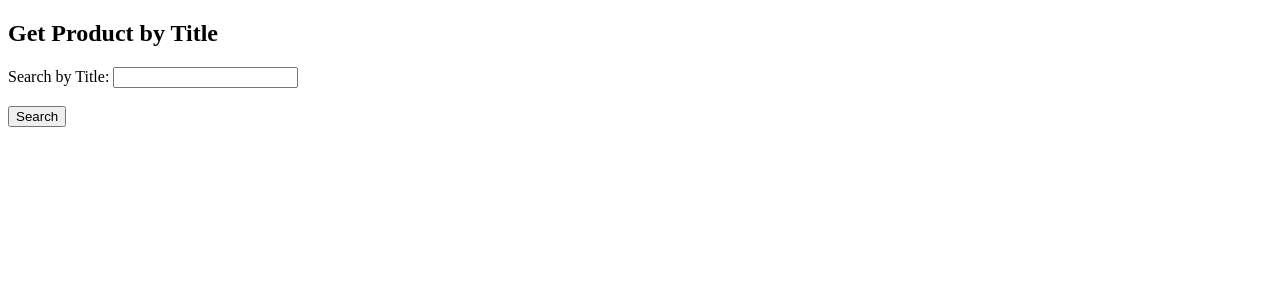
Repository: JackD027/Testing
Page: Projects/Phase-1-JDBC/JDBCProject/WebContent/index.html
These files come from the project's save history. The page is drawn as it stood at one moment and after the next save; the edit follows.
The browser window is 1280 px wide. The pictures show the whole page.

Above is the page before, as saved 2023-09-25 17:46:59.

### Projects/Phase-1-JDBC/JDBCProject/WebContent/index.html
<!DOCTYPE html>
<html>
<head>
    <meta charset="UTF-8">
    <title>Product Management</title>
</head>
<body>
    <h2>Get Product by Title</h2>
    <form action="getProduct" method="GET">
        <label for="searchTitle">Search by Title:</label>
        <input type="text" id="searchTitle" name="searchTitle" required><br><br>
        <input type="submit" value="Search">
    </form>
</body>
</html>

After the next save:
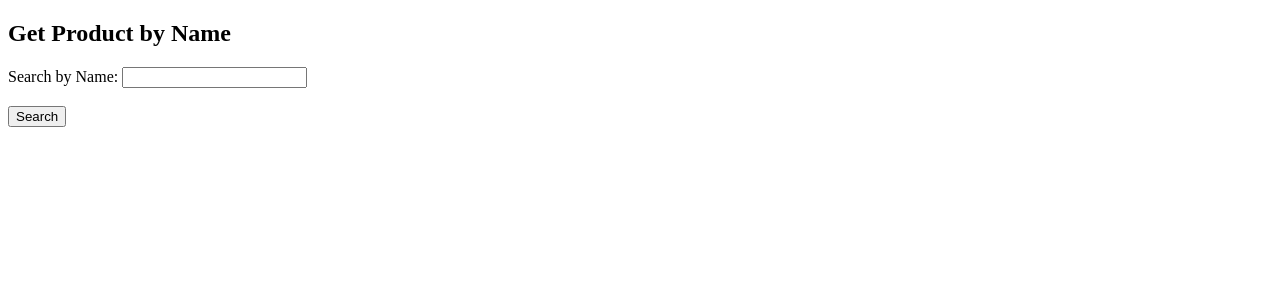
Saved 2 min 37 s later.
--- a/Projects/Phase-1-JDBC/JDBCProject/WebContent/index.html
+++ b/Projects/Phase-1-JDBC/JDBCProject/WebContent/index.html
@@ -5,10 +5,10 @@
     <title>Product Management</title>
 </head>
 <body>
-    <h2>Get Product by Title</h2>
+    <h2>Get Product by Name</h2>
     <form action="getProduct" method="GET">
-        <label for="searchTitle">Search by Title:</label>
-        <input type="text" id="searchTitle" name="searchTitle" required><br><br>
+        <label for="searchTitle">Search by Name:</label>
+        <input type="text" id="searchName" name="searchName" required><br><br>
         <input type="submit" value="Search">
     </form>
 </body>
